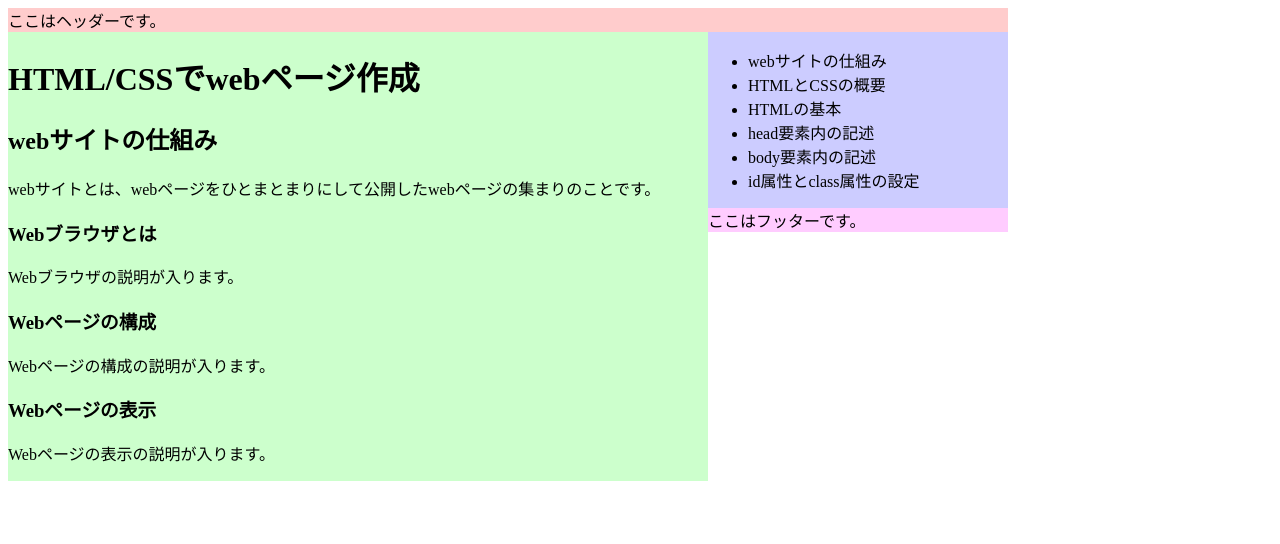
Repository: manueda/practice1
Page: kadai.html
The author's editor kept a record of every edit. The page is drawn from the files as they stood at one moment, then again after the next edit.
The browser window is 1280 px wide. The pictures show the whole page.

Above is the page before.

### kadai.html
<!DOCTYPE html>
<html lang="ja">
    <head>
        <meta charset="UTF-8">
        <link rel="stylesheet"
        href="kadai.css">
        <title>LESSON13</title>
    </head>
    <body>
        <header>ここはヘッダーです。
        </header>
            <div id="wrapper">
            <nav id="menu">
                <ul>
                    <li>webサイトの仕組み</li>
                    <li>HTMLとCSSの概要</li>
                    <li>HTMLの基本</li>
                    <li>head要素内の記述</li>
                    <li>body要素内の記述</li>
                    <li>id属性とclass属性の設定</li>

                </ul>
            </nav>
            <div id="main">
                    <h1>HTML/CSSでwebページ作成</h1>
                        <h2>webサイトの仕組み</h2>
                        webサイトとは、webページをひとまとまりにして公開したwebページの集まりのことです。
                        <h3>Webブラウザとは</h3>
                        Webブラウザの説明が入ります。
                        <h3>Webページの構成</h3>
                        <p>Webページの構成の説明が入ります。
                        </p>
                        <h3>Webページの表示</h3>
                        <p>Webページの表示の説明が入ります。
                        </p>
                </div>
             </div>
        <footer>ここはフッターです。
        </footer>
    </body>
</html>

### kadai.css
header {
    width: 1000px;
    background: #ffcccc;
}

#wrapper {
  width: 1000px;
}

#main {
    float: left;
    width: 700px;
    background: #ccffcc;
}

#menu {
  float: right;
  width: 300px;
  background: #ccccff;
}

footer {
    width: 1000px;
    background: #ffccff;
}

After the next edit:
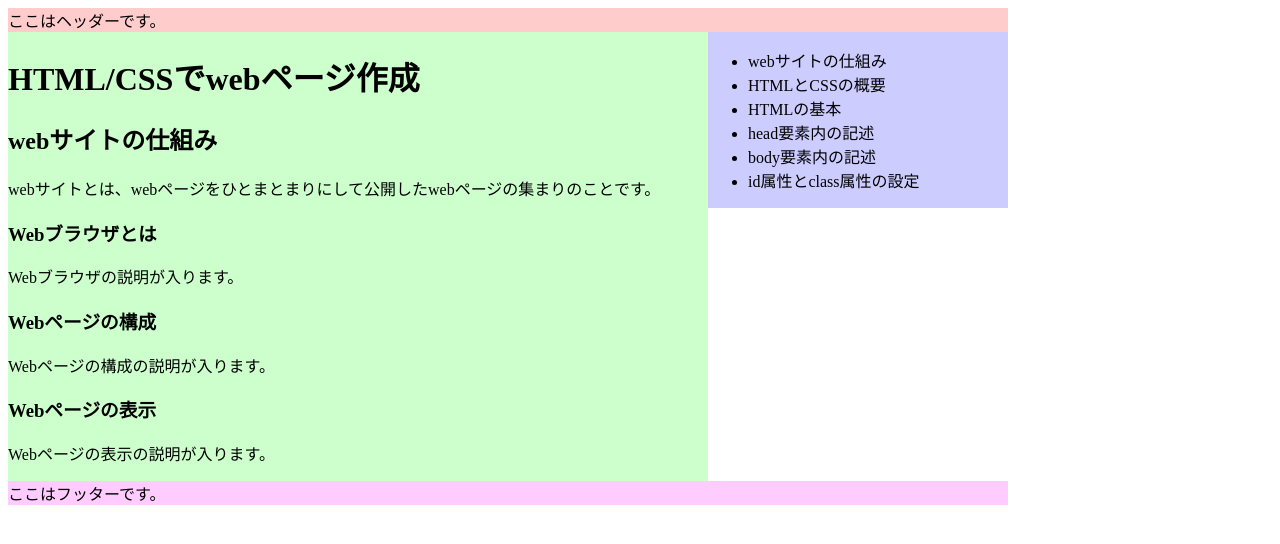
The edit:
--- a/kadai.css
+++ b/kadai.css
@@ -20,6 +20,7 @@
 }
 
 footer {
+    clear: both;
     width: 1000px;
     background: #ffccff;
 }
